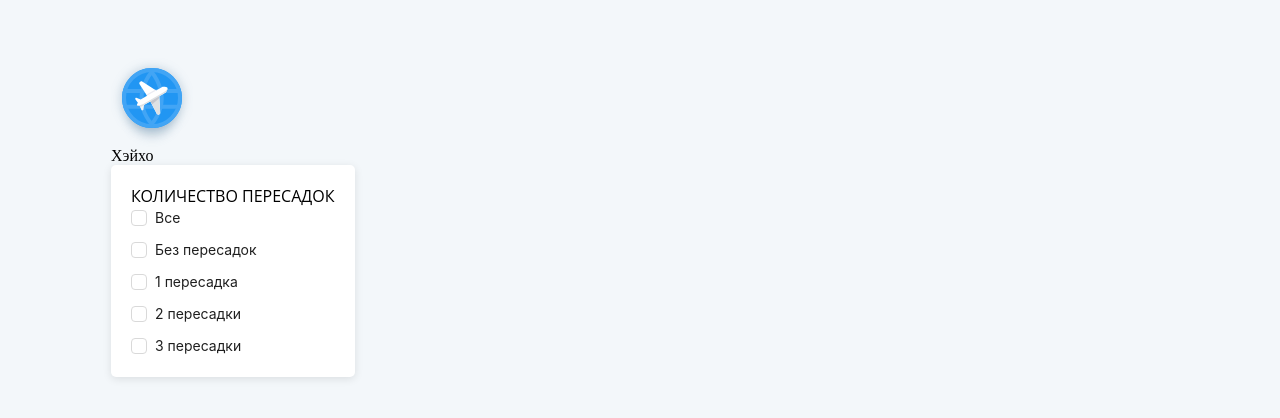
Repository: Dedoxa/aviasalesTickets
Page: /
These files come from the project's save history. The page is drawn as it stood at one moment and after the next save; the edit follows.
The browser window is 1280 px wide. The pictures show the whole page.
The project was rebuilt for these pictures with package versions that can differ from the ones it lists, and the page was loaded fresh each time. Also part of the build but not shown: vite.config.js.

Above is the page before, as saved 2024-10-19 15:59:44.

### index.html
<!doctype html>
<html lang="en">
  <head>
    <meta charset="UTF-8" />
    <meta name="viewport" content="width=device-width, initial-scale=1.0" />
    <title>AviasalesTickets</title>
  </head>
  <body>
    <div id="root"></div>
    <script type="module" src="/src/main.jsx"></script>
  </body>
</html>

### src/main.jsx
import { StrictMode } from 'react';
import { createRoot } from 'react-dom/client';

import App from './App.jsx';

createRoot(document.getElementById('root')).render(
  <StrictMode>
    <App />
  </StrictMode>
);

### src/App.jsx
// import React from 'react';

import TransferFilters from './TransferFilters/TransferFilters.jsx';
import AppIcon from './AppIcon/AppIcon.jsx';
import classes from './App.module.scss';

function App() {
  return (
    <>
      <AppIcon />
      <div className={classes.hehmda}>
        <span className={classes['textSpan']}>Хэйхо</span>
      </div>
      <TransferFilters />
    </>
  );
}

export default App;

### src/TransferFilters/TransferFilters.jsx
import { Checkbox } from 'antd';

import { contentBox } from '../App.module.scss';

import classes from './TransferFilters.module.scss';

const TransferFilters = () => {
  return (
    <>
      <div className={contentBox}>
        <span className={classes.title}>КОЛИЧЕСТВО ПЕРЕСАДОК</span>
        <div className={classes.checkboxContainer}>
          <Checkbox>Все</Checkbox>
          <Checkbox>Без пересадок</Checkbox>
          <Checkbox>1 пересадка</Checkbox>
          <Checkbox>2 пересадки</Checkbox>
          <Checkbox>3 пересадки</Checkbox>
        </div>
      </div>
    </>
  );
};

export default TransferFilters;

### src/AppIcon/AppIcon.jsx
import './AppIcon.scss';

const AppIcon = () => {
  return (
    <div className="AppIcon">
      <img src="/public/img/Logo.svg" alt="AviasalesIcon" />
    </div>
  );
};

export default AppIcon;

### src/App.module.scss
@font-face {
  font-family: 'Open Sans';
  src: url('https://fonts.googleapis.com/css2?family=Open+Sans:ital,wght@0,300..800;1,300..800&display=swap');
}

body {
  background-color: #f3f7fa;
  padding: 50px 103px;
}

.contentBox {
  display: inline-block;
  font-family: 'Open Sans', sans-serif;
  background-color: #fff;
  border-radius: 5px;
  box-shadow: 0 2px 8px 0 rgba(0, 0, 0, 0.1);
  padding: 20px;
}

### src/TransferFilters/TransferFilters.module.scss
.title {
  margin-bottom: 20px;
}

.checkboxContainer {
  display: flex;
  flex-direction: column;
  gap: 10px;
}

### src/AppIcon/AppIcon.scss
.AppIcon {
    display: flex;
}

.AviasalesIconPlane {
    position: relative;
    left: -55px
}

After the next save:
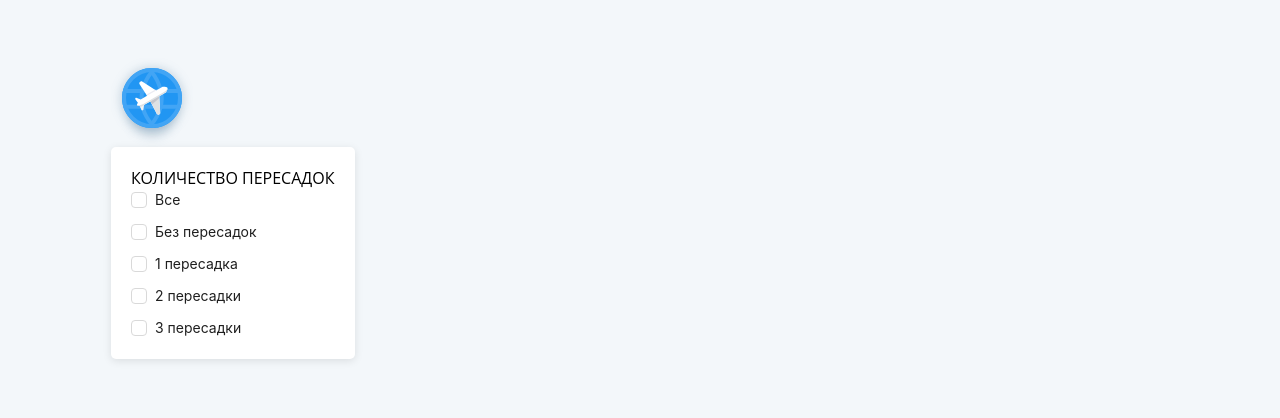
Saved 22 s later.
--- a/src/App.jsx
+++ b/src/App.jsx
@@ -8,9 +8,6 @@ function App() {
   return (
     <>
       <AppIcon />
-      <div className={classes.hehmda}>
-        <span className={classes['textSpan']}>Хэйхо</span>
-      </div>
       <TransferFilters />
     </>
   );
